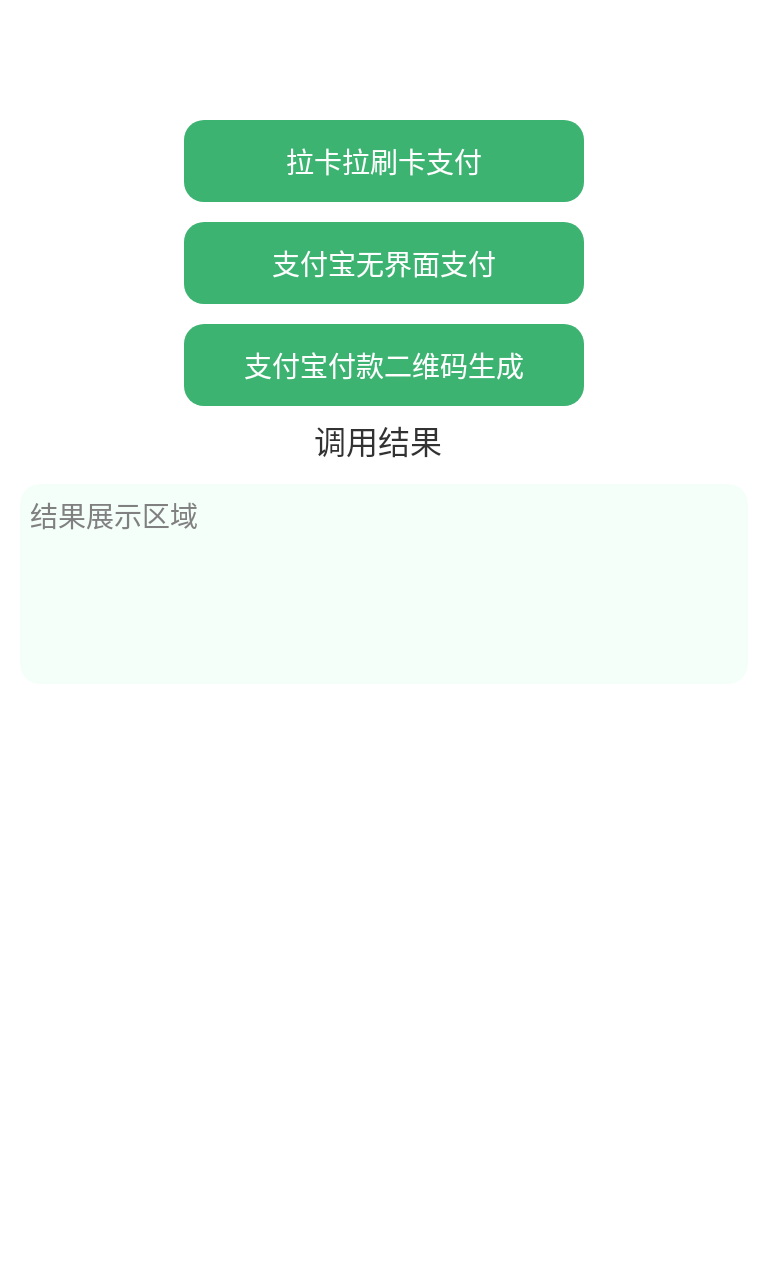
Repository: blanks1314/sysnc_android
Layout: UpayDemo/res/layout/fragment_lakala.xml
An editor plug-in stored every save of this project. The layout is shown before and after the next save, followed by the edit.
It is drawn on a 768 x 1280 px phone screen (xhdpi) without system bars, with theme AppTheme; the app's code is not run.

Above is the layout before, as saved 2015-04-29 02:21:13.

After the next save:
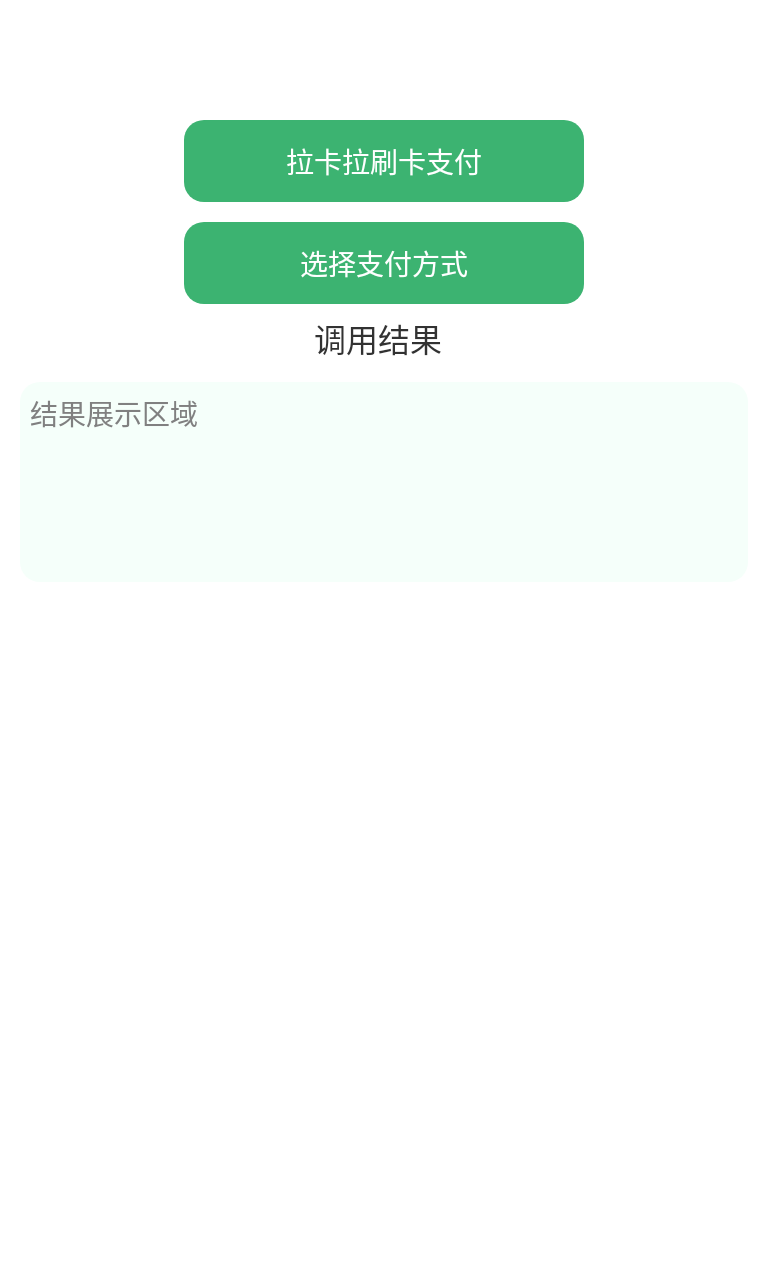
Saved 25 s later.
--- a/UpayDemo/res/layout/fragment_lakala.xml
+++ b/UpayDemo/res/layout/fragment_lakala.xml
@@ -15,12 +15,8 @@
     <Button
         android:id="@+id/btn_pay_none"
         style="@style/btn_style_1"
-        android:text="支付宝无界面支付" />
+        android:text="选择支付方式" />
 
-    <Button
-        android:id="@+id/btn_qrcode"
-        style="@style/btn_style_1"
-        android:text="支付宝付款二维码生成" />
 
     <TextView
         android:layout_width="70dp"
